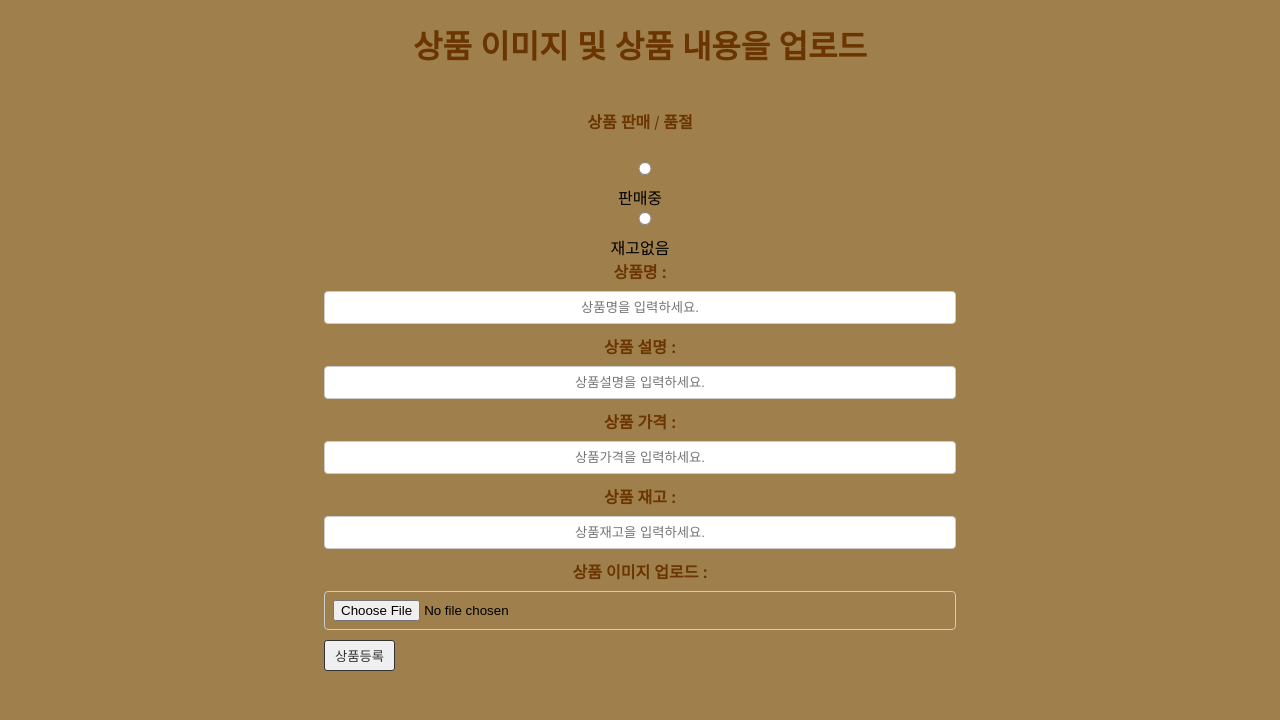
Repository: ks31030/HOME-SHOP
Page: http://localhost/addProductForm
An editor plug-in stored every save of this project. The page is shown before and after the next save, followed by the edit.
The browser window is 1280 px wide. The pictures show the whole page.
The page is this project's Thymeleaf template; nobody is signed in. The template is opened directly, without the code that normally fills it, so the values that code supplies are empty.

Above is the page before, as saved 2023-12-13 14:22:50.

### Final-JPA-Shop/src/main/resources/templates/addProductForm.html
<!DOCTYPE html>
<html xmlns:th="http://www.thymeleaf.org">
	<head>
		<meta charset="UTF-8">
		<title>addProductForm</title>
		<link rel="stylesheet" href="/css/styles.css" th:href="@{/css/styles.css}" />
	</head>
	<body>
		<h1>상품 이미지 및 상품 내용을 업로드</h1>
		<form th:action="@{/product/new}" method="post" enctype="multipart/form-data">
			<label>상품 판매 / 품절</label><br>
			<input type="radio" name="isSoldout" id="isSoldout" value="0">판매중<br>
			<input type="radio" name="isSoldout" id="isSoldout" value="1">재고없음<br>

			<label>상품명 : </label>
			<input type="text" id="name" name="name" placeholder="상품명을 입력하세요.">
			<br>
			<label>상품 설명 : </label>
			<input type="text" id="text" name="text" placeholder="상품설명을 입력하세요.">
			<br>
			<label>상품 가격 : </label>
			<input type="text" id="price" name="price" placeholder="상품가격을 입력하세요.">
			<br>
			<label>상품 재고 : </label>
			<input type="text" id="stock" name="stock" placeholder="상품재고을 입력하세요.">
			<br>
			<label>상품 이미지 업로드 : </label>
			<input type="file" id="imgFile" name="imgFile">
			<br>
			<button type="submit">상품등록</button>
		</form>
	</body>
</html>

### Final-JPA-Shop/src/main/resources/static/css/styles.css
@charset "UTF-8";
/* styles.css */
h1 {
    color: rgb(106, 53, 0);
    text-align: center;
    font-family: Georgia;
}

h2 {
    color: rgb(106, 53, 0);
    text-align: center;
    font-family: Georgia;
}

body {
	background-color: rgb(159, 127, 75);

}

table {
    width: 100%;
    border-collapse: collapse;
    margin-top: 20px;
}

th, td {
    border: 1px solid #ddd;
    padding: 8px;
    text-align: left;
}

th {
    background-color: rgb(106, 53, 0);
    color: antiquewhite;
}

a, button {
    text-decoration: none;
    padding: 5px 10px;
    margin-right: 5px;
    border: 1px solid #333;
    color: #333;
    border-radius: 3px;
    cursor: pointer;
    display: flow;
    text-align: center;
    font-family: Georgia;

}

a:hover, button:hover {
    background-color: rgb(106, 53, 0);
    color: #fff;
}
form {
	text-align: center;
    width: 50%;
    margin: 20px auto;
    padding: 20px;
    border-radius: 5px;
    box-shadow: 0 0 10px rgb(0, 0, 0, 0.0);
    background-color: rgb(159, 127, 75);
}

label {
    display: block;
    margin-bottom: 8px;
    color: rgb(106, 53, 0);
    font-family: Georgia;
    font-weight: bold;
}

input, textarea {
    width: 100%;
    padding: 8px;
    margin-bottom: 10px;
    box-sizing: border-box;
    border: 1px solid #ccc;
    border-radius: 4px;
    text-align: center;
}

After the next save:
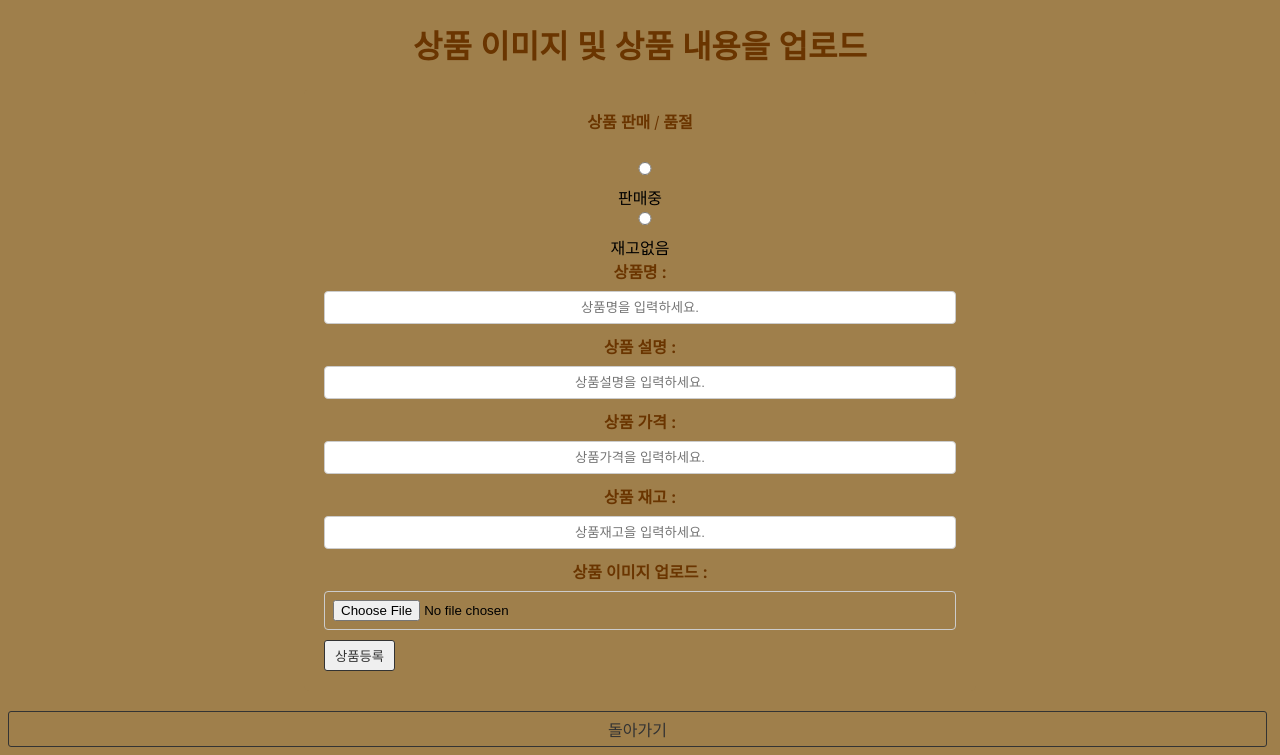
Saved 9 min 49 s later.
--- a/Final-JPA-Shop/src/main/resources/templates/addProductForm.html
+++ b/Final-JPA-Shop/src/main/resources/templates/addProductForm.html
@@ -29,5 +29,6 @@
 			<br>
 			<button type="submit">상품등록</button>
 		</form>
+		<a th:href="@{/product/list}">돌아가기</a>
 	</body>
 </html>
